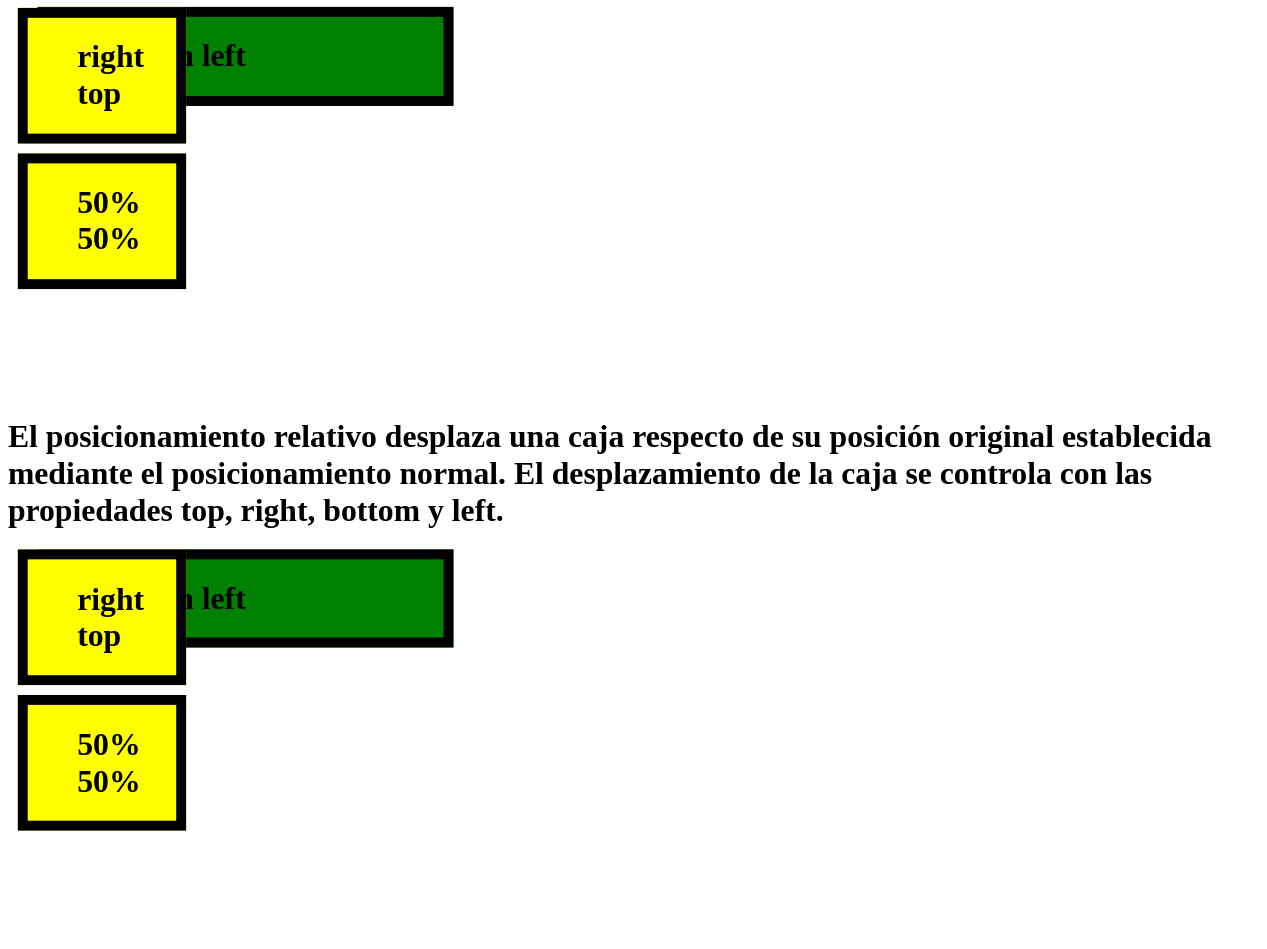
Repository: antonio63j/misNotas
Page: software/CSS/Demos/aptana_proyect/src/relativo.html
These files come from the project's save history. The page is drawn as it stood at one moment and after the next save; the edit follows.
The browser window is 1280 px wide. The pictures show the whole page, at 99% of full size.

Above is the page before, as saved 2017-04-23 16:39:26.

### software/CSS/Demos/aptana_proyect/src/relativo.html
<!DOCTYPE html>
<html>
<head>
<style>


#caja0 {
  position:static;

  bottom:7px;
  width: 300px;
  padding-left:  50px;
  padding-right: 50px;
  margin-left:   10px;
  margin-right:  10px;
  border: 10px solid black;
  margin-bottom:10px;
  background-color:cian;
}

#caja1 {
  position:relative;
  bottom:1px;
  left:20px;
  width: 300px;
  padding-left:  50px;
  padding-right: 50px;
  margin-left:   10px;
  margin-right:  10px;
  border: 10px solid black;
  margin-bottom:10px;
  background-color:green;
}

#caja2 {
  position:relative;
  top:-110px;
  width: 50px;
  padding-left:  50px;
  padding-right: 50px;
  margin-left:   10px;
  margin-right:  10px;
  border: 10px solid black;
  margin-bottom:10px;
  background-color:yellow;
}

#caja3 {
  position:relative;
  top:-110px;
  width: 50px;
  padding-left:  50px;
  padding-right: 50px;
  margin-left:   10px;
  margin-right:  10px;
  border: 10px solid black;
  margin-bottom:10px;
  background-color:yellow;
}

#caja11 {
  position:relative;
  bottom:1px;
  left:20px;
  width: 300px;
  padding-left:  50px;
  padding-right: 50px;
  margin-left:   10px;
  margin-right:  10px;
  border: 10px solid black;
  margin-bottom:10px;
  background-color:green;
}

#caja22 {
  position:relative;
  top:-110px;
  width: 50px;
  padding-left:  50px;
  padding-right: 50px;
  margin-left:   10px;
  margin-right:  10px;
  border: 10px solid black;
  margin-bottom:10px;
  background-color:yellow;
}

#caja33 {
  position:relative;
  top:-110px;
  width: 50px;
  padding-left:  50px;
  padding-right: 50px;
  margin-left:   10px;
  margin-right:  10px;
  border: 10px solid black;
  margin-bottom:10px;
  background-color:yellow;
}

</style>
</head>



<body>

<div id="caja1"><h1>bottom left</h1></div>
<div id="caja2"><h1>right top</h1></div>
<div id="caja3"><h1>50% 50%</h1></div>

<h1>El posicionamiento relativo desplaza una caja respecto de su posición original establecida mediante el posicionamiento normal. El desplazamiento de la caja se controla con las propiedades top, right, bottom y left.</h1>

<div id="caja11"><h1>bottom left</h1></div>
<div id="caja22"><h1>right top</h1></div>
<div id="caja33"><h1>50% 50%</h1></div>

</body>

</html>

After the next save:
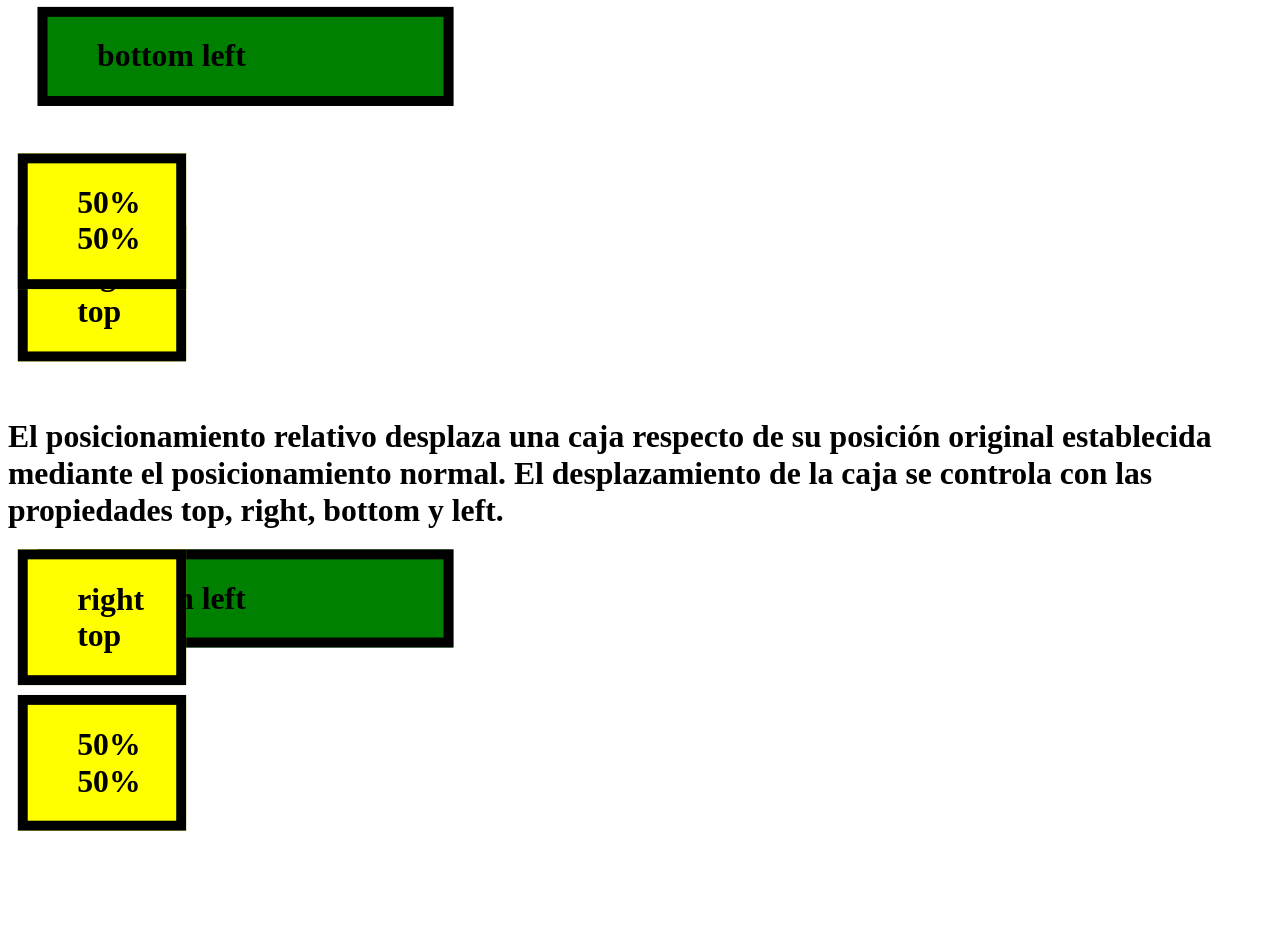
Saved 113 s later.
--- a/software/CSS/Demos/aptana_proyect/src/relativo.html
+++ b/software/CSS/Demos/aptana_proyect/src/relativo.html
@@ -2,21 +2,6 @@
 <html>
 <head>
 <style>
-
-
-#caja0 {
-  position:static;
-
-  bottom:7px;
-  width: 300px;
-  padding-left:  50px;
-  padding-right: 50px;
-  margin-left:   10px;
-  margin-right:  10px;
-  border: 10px solid black;
-  margin-bottom:10px;
-  background-color:cian;
-}
 
 #caja1 {
   position:relative;
@@ -34,7 +19,7 @@
 
 #caja2 {
   position:relative;
-  top:-110px;
+  top:110px;
   width: 50px;
   padding-left:  50px;
   padding-right: 50px;
